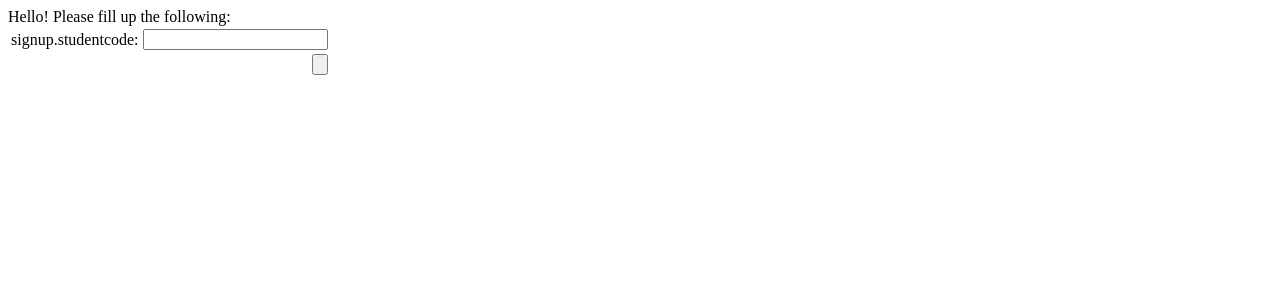
Repository: Kuchuplut/Lyceum-of-Alabang
Page: http://localhost/lyceum-website/JSP/signupform.jsp
The author's editor kept a copy of each file at every save. The page is drawn from the files as they stood at one save, then again after the next save.
The browser window is 1280 px wide. The pictures show the whole page.
The page is served by Tomcat 9.

Above is the page before, as saved 2015-12-28 17:46:09.

After the next save:
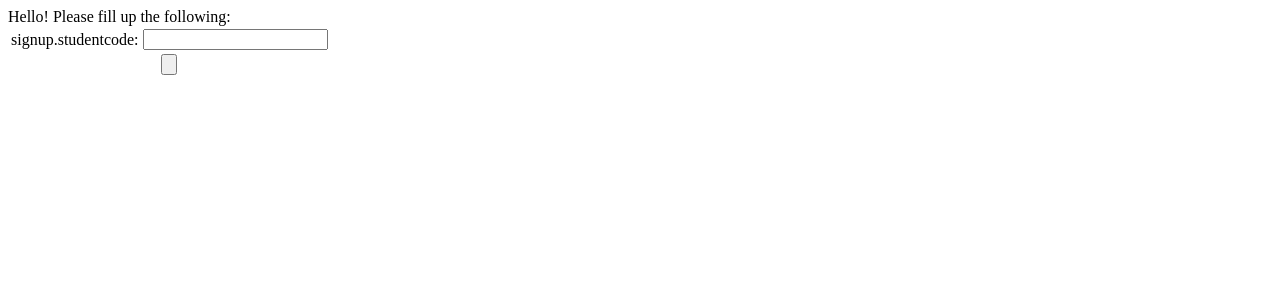
Saved 49 s later.
--- a/lyceum-website/WebContent/JSP/signupform.jsp
+++ b/lyceum-website/WebContent/JSP/signupform.jsp
@@ -14,7 +14,7 @@
 	<s:form name="signUpForm" method="post">
 
 		<s:textfield key="signup.studentcode" />
-		<s:submit key="signup.submit" method="execute"/>
+		<s:submit key="signup.submit" method="execute" align="center"/>
 
 	</s:form>
 
